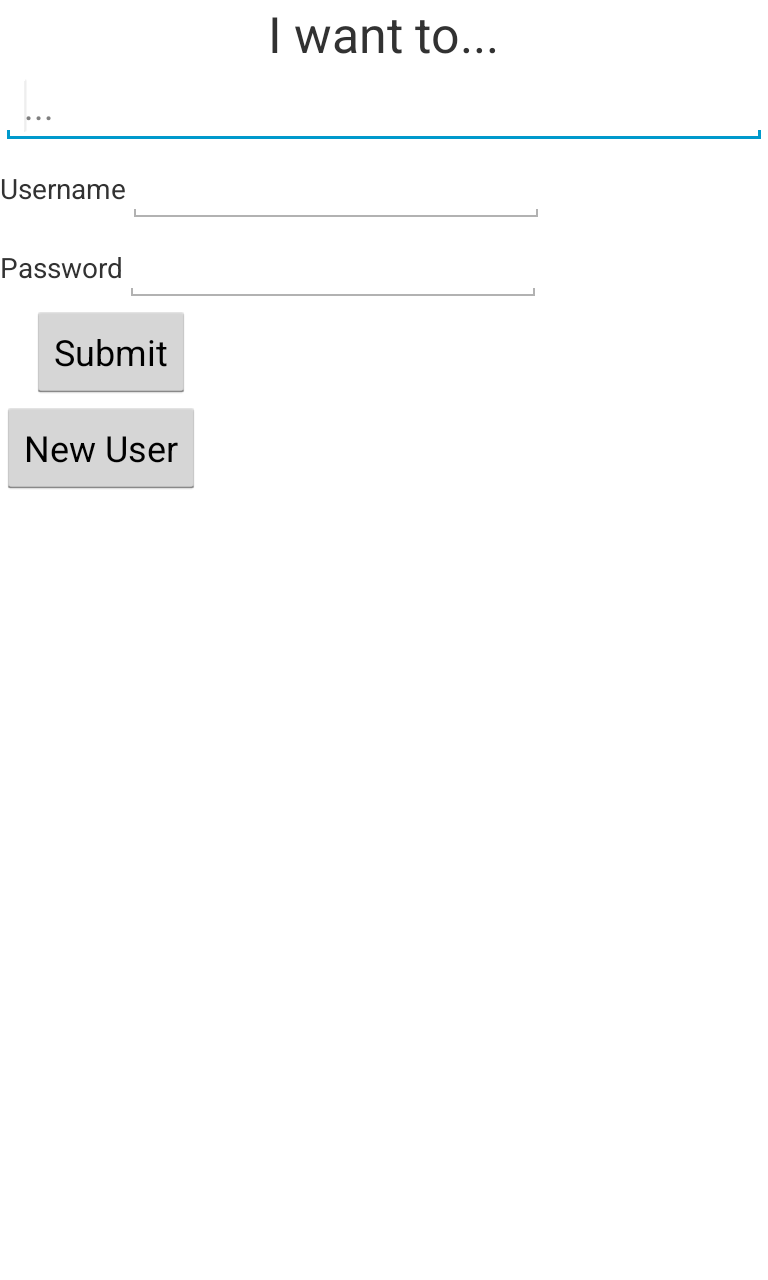
Repository: sbobra/women-startupweekend-sf
Layout: LaundryList/res/layout/activity_goal1.xml
These files come from the project's save history. The layout is drawn as it stood at one moment and after the next save; the edit follows.
It is drawn on a 768 x 1280 px phone screen (xhdpi) without system bars, with theme AppTheme; the app's code is not run.

Above is the layout before, as saved 2013-09-15 04:12:03.

After the next save:
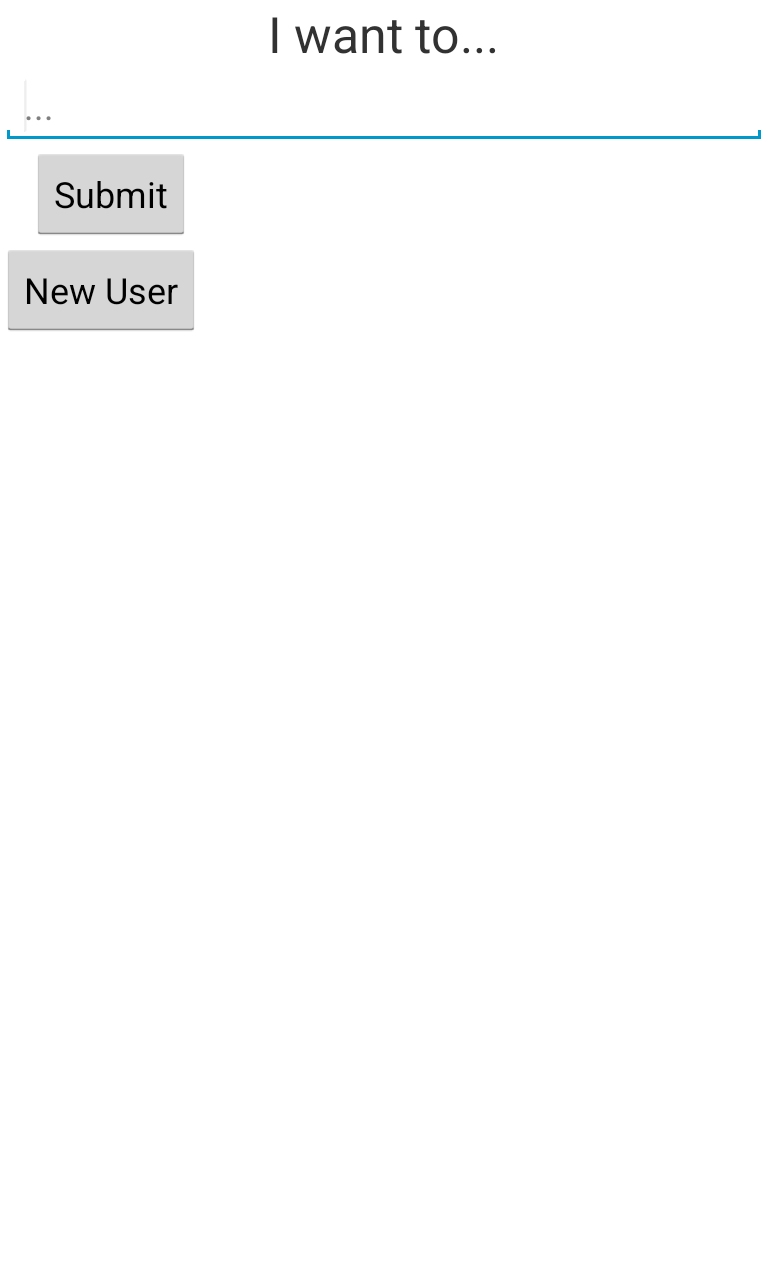
Saved 13 s later.
--- a/LaundryList/res/layout/activity_goal1.xml
+++ b/LaundryList/res/layout/activity_goal1.xml
@@ -24,44 +24,6 @@
 
     </EditText>
 
-    <LinearLayout
-        android:layout_width="wrap_content"
-        android:layout_height="wrap_content"
-        android:orientation="horizontal" >
-
-        <TextView
-            android:id="@+id/textView2"
-            android:layout_width="wrap_content"
-            android:layout_height="wrap_content"
-            android:text="Username" />
-
-        <EditText
-            android:id="@+id/usernameTextBox"
-            android:layout_width="wrap_content"
-            android:layout_height="wrap_content"
-            android:ems="10"
-            android:inputType="textEmailAddress" >
-        </EditText>
-    </LinearLayout>
-
-    <LinearLayout
-        android:layout_width="wrap_content"
-        android:layout_height="wrap_content"
-        android:orientation="horizontal" >
-
-        <TextView
-            android:id="@+id/textView3"
-            android:layout_width="wrap_content"
-            android:layout_height="wrap_content"
-            android:text="Password" />
-
-        <EditText
-            android:id="@+id/passwordTextBox"
-            android:layout_width="wrap_content"
-            android:layout_height="wrap_content"
-            android:ems="10"
-            android:inputType="textPassword" />
-    </LinearLayout>
 
     <Button
         android:id="@+id/loginButton"
